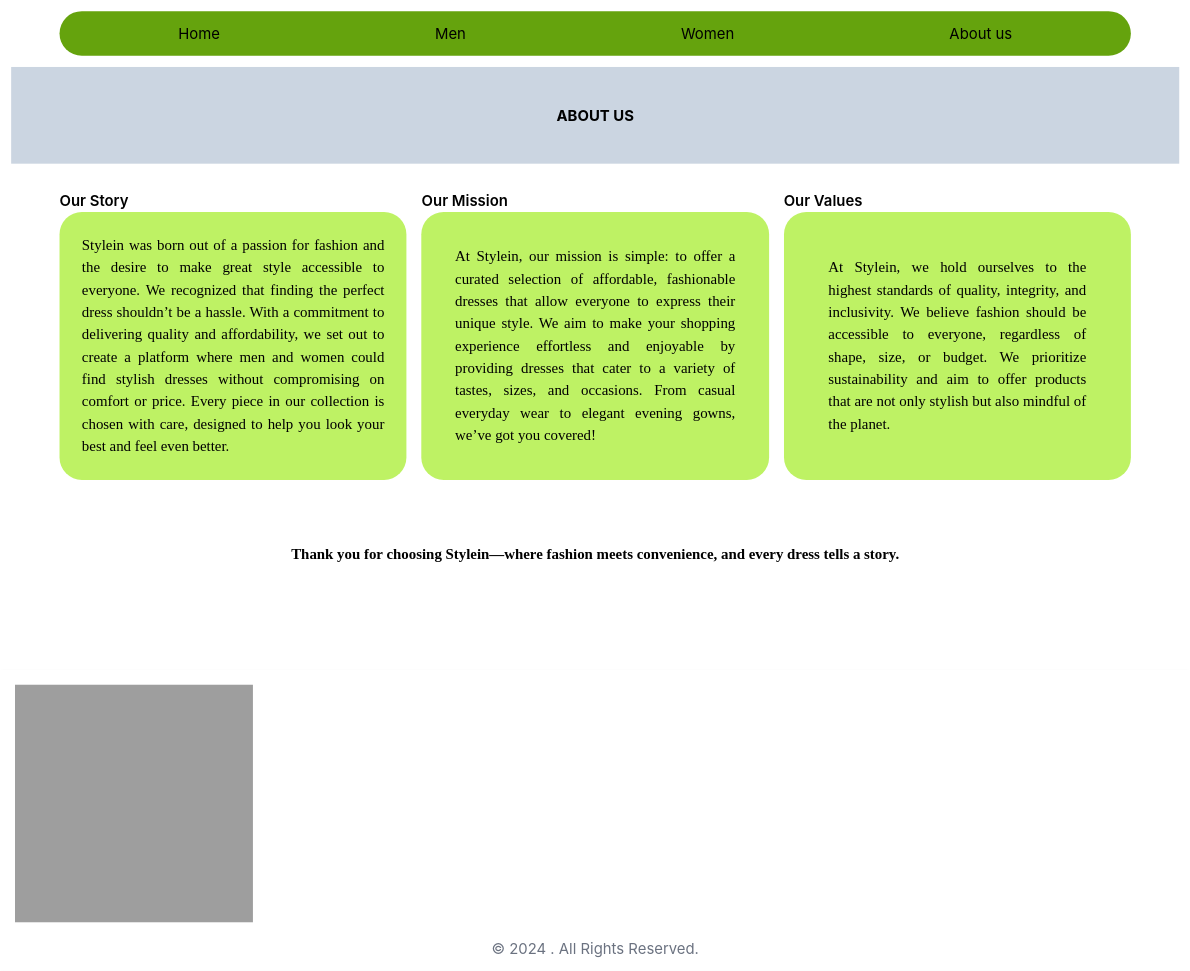
Repository: Mohankkanth/StyleIn_ShoppingSite
Page: /AboutUs
An editor plug-in stored every save of this project. The page is shown before and after a run of saves, followed by the edit.
The browser window is 1280 px wide. The pictures show the whole page, at 93% of full size.
Pictures or frames that could not be fetched are drawn as grey boxes. The project was rebuilt for these pictures with package versions that can differ from the ones it lists, and the page was loaded fresh each time. Also part of the build but not shown: vite.config.js, src/component/Home/Home.jsx, src/component/api/MenProducts.jsx, src/component/Men/Men.jsx, src/component/Women/Women.jsx, src/component/api/KidsProducts.jsx, src/component/Kids/Kids.jsx, src/component/Errorpage/Errorpage.jsx and 18 more.

Above is the page before, as saved 2024-11-23 14:12:52.

After the next 2 saves:
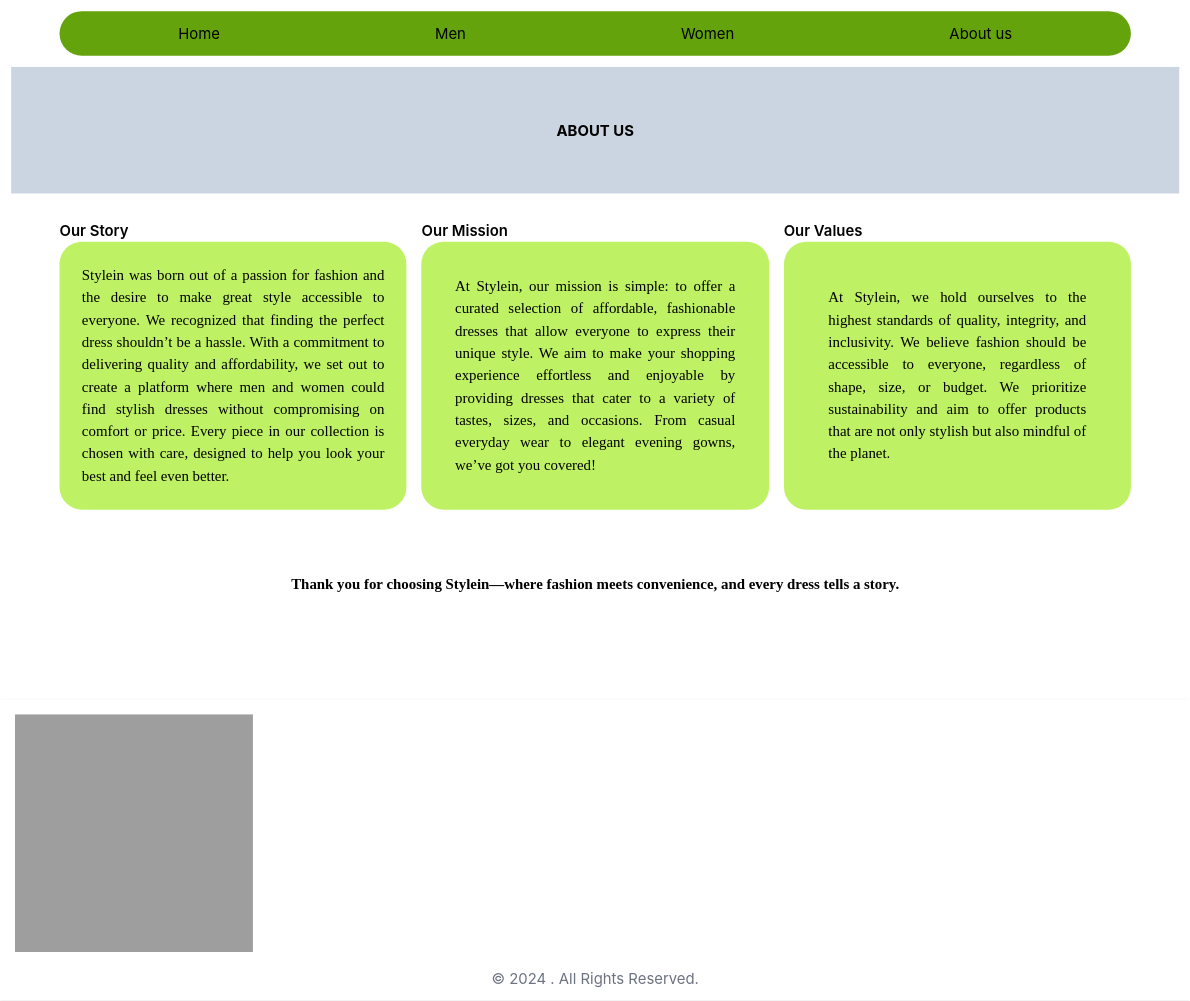
The 2 saves are shown as one change because they came seconds apart.
The last was saved 6 min 50 s later.
--- a/src/component/AboutUs/Aboutus.jsx
+++ b/src/component/AboutUs/Aboutus.jsx
@@ -5,7 +5,7 @@
     return (
         <>
             <div className='2xl:container mx-auto'>
-                <p className="font-bold bg-slate-300 text-center p-10 m-3">ABOUT US</p>
+                <p className="font-bold bg-slate-300 text-center p-14 m-3">ABOUT US</p>
 
                 <div className=" w-[90%]  mx-auto grid grid-cols-1 md:grid-cols-3 gap-4 mt-7 ">
 
